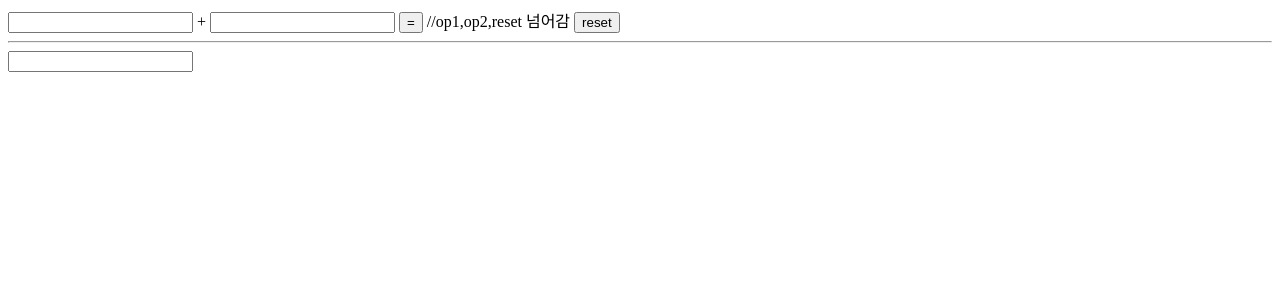
Repository: Seonhanbit/dev
Page: work_frontend/HtmlEx/WebContent/08form/02.form_plus.html
The author's editor kept a copy of each file at every save. The page is drawn from the files as they stood at one save, then again after the next save.
The browser window is 1280 px wide. The pictures show the whole page.

Above is the page before, as saved 2019-09-03 02:31:06.

### work_frontend/HtmlEx/WebContent/08form/02.form_plus.html
<!DOCTYPE html PUBLIC "-//W3C//DTD HTML 4.01 Transitional//EN" "http://www.w3.org/TR/html4/loose.dtd">
<html>
<head>
<meta http-equiv="Content-Type" content="text/html; charset=UTF-8">
<title>Form Example</title>
</head>
<body>
	<form action="../jsp/plus_form.jsp" method="post">
		<input type="text" name="op1" />
		+
		<input type="text" name="op2">
		<input type="submit" value="=" />
		//op1,op2,reset 넘어감
		<input type="reset" value ="reset" />
		<hr>
		<input type="text" name="result" readonly="readonly" />
	</form>
</body>
</html>

After the next save:
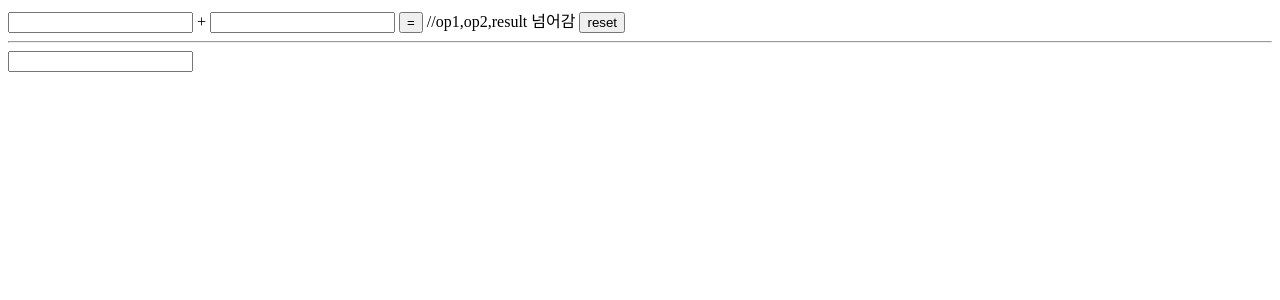
Saved 2 min 33 s later.
--- a/work_frontend/HtmlEx/WebContent/08form/02.form_plus.html
+++ b/work_frontend/HtmlEx/WebContent/08form/02.form_plus.html
@@ -10,7 +10,7 @@
 		+
 		<input type="text" name="op2">
 		<input type="submit" value="=" />
-		//op1,op2,reset 넘어감
+		//op1,op2,result 넘어감
 		<input type="reset" value ="reset" />
 		<hr>
 		<input type="text" name="result" readonly="readonly" />
